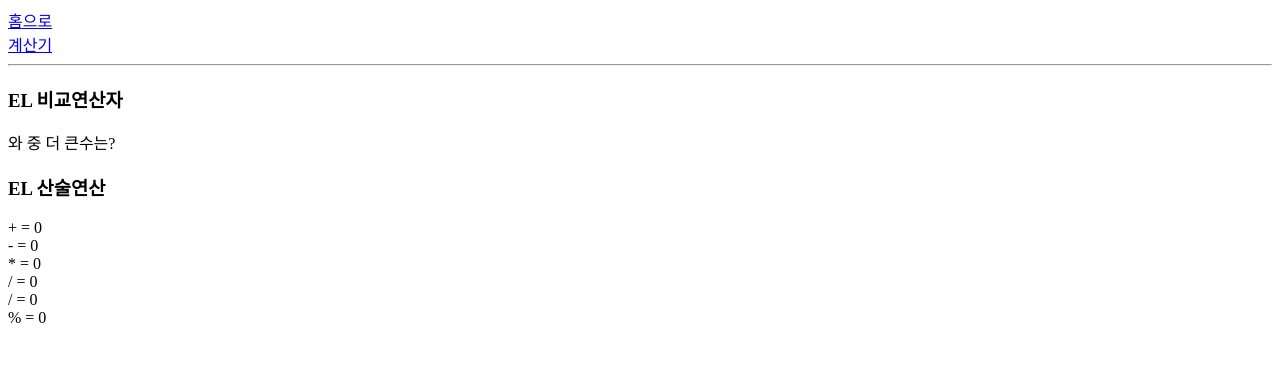
Repository: hyewoon/web
Page: http://localhost/servlet04/operator/calculator_result.jsp
These files come from the project's save history. The page is drawn as it stood at one moment and after the next save; the edit follows.
The browser window is 1280 px wide. The pictures show the whole page.
The page is served by Tomcat 9. Other server files are loaded and not shown.

Above is the page before, as saved 2022-11-17 06:13:17.

### servlet04/src/main/webapp/operator/calculator_result.jsp
<%@ page language="java" contentType="text/html; charset=UTF-8"
    pageEncoding="UTF-8"%>
<!DOCTYPE html>
<html>
<head>
<meta charset="UTF-8">
<title>Insert title here</title>
</head>
<body>
<div><a href ='../'>홈으로</a></div>
<div><a href ='calculator.jsp'>계산기</a></div>
<hr>
<h3>EL 비교연산자</h3>
<div>${param.num1 }와 ${param.num2 } 중 더 큰수는?
	${param.num1 gt param.num2 ? param.num1 : param.num2}

</div>




<h3>EL 산술연산</h3>
<div>${param.num1} + ${param.num2} = ${param.num1 + param.num2}</div>
<div>${param.num1} - ${param.num2} = ${param.num1 - param.num2}</div>
<div>${param.num1} * ${param.num2} = ${param.num1 * param.num2}</div>
<div>${param.num1} / ${param.num2} = ${param.num1 /param.num2 }</div>
<div>${param.num1} / ${param.num2}
					= ${param.num2 ==0 ? 0: param.num1 div param.num2}</div>
<div>${param.num1} % ${param.num2} = ${param.num1 mod param.num2}</div>

</body>
</html>

After the next save:
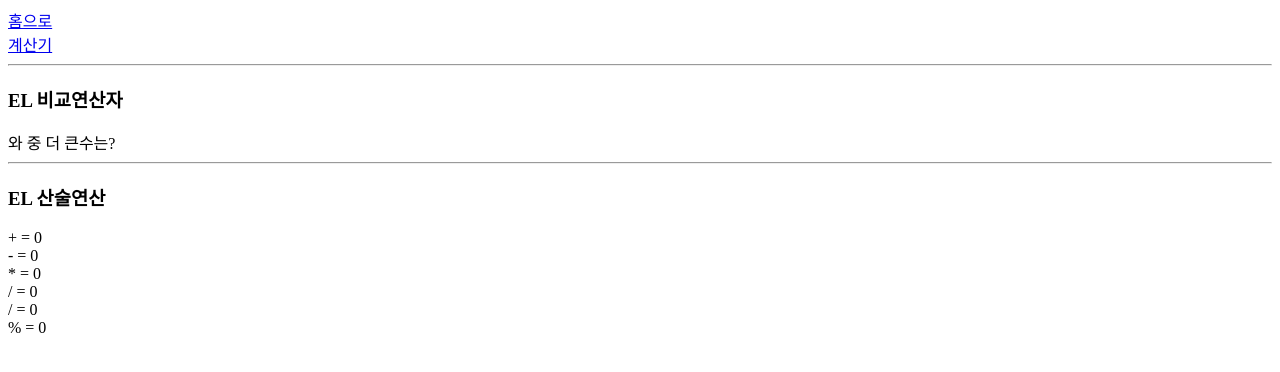
Saved 3 min 57 s later.
--- a/servlet04/src/main/webapp/operator/calculator_result.jsp
+++ b/servlet04/src/main/webapp/operator/calculator_result.jsp
@@ -13,12 +13,13 @@
 <h3>EL 비교연산자</h3>
 <div>${param.num1 }와 ${param.num2 } 중 더 큰수는?
 	${param.num1 gt param.num2 ? param.num1 : param.num2}
-
+<!--파라미터로 보내진 데이터는 문자열이라서 2와 10비교하면 2가 더 크다 나온다  -->
 </div>
 
 
 
 
+<hr>
 <h3>EL 산술연산</h3>
 <div>${param.num1} + ${param.num2} = ${param.num1 + param.num2}</div>
 <div>${param.num1} - ${param.num2} = ${param.num1 - param.num2}</div>
